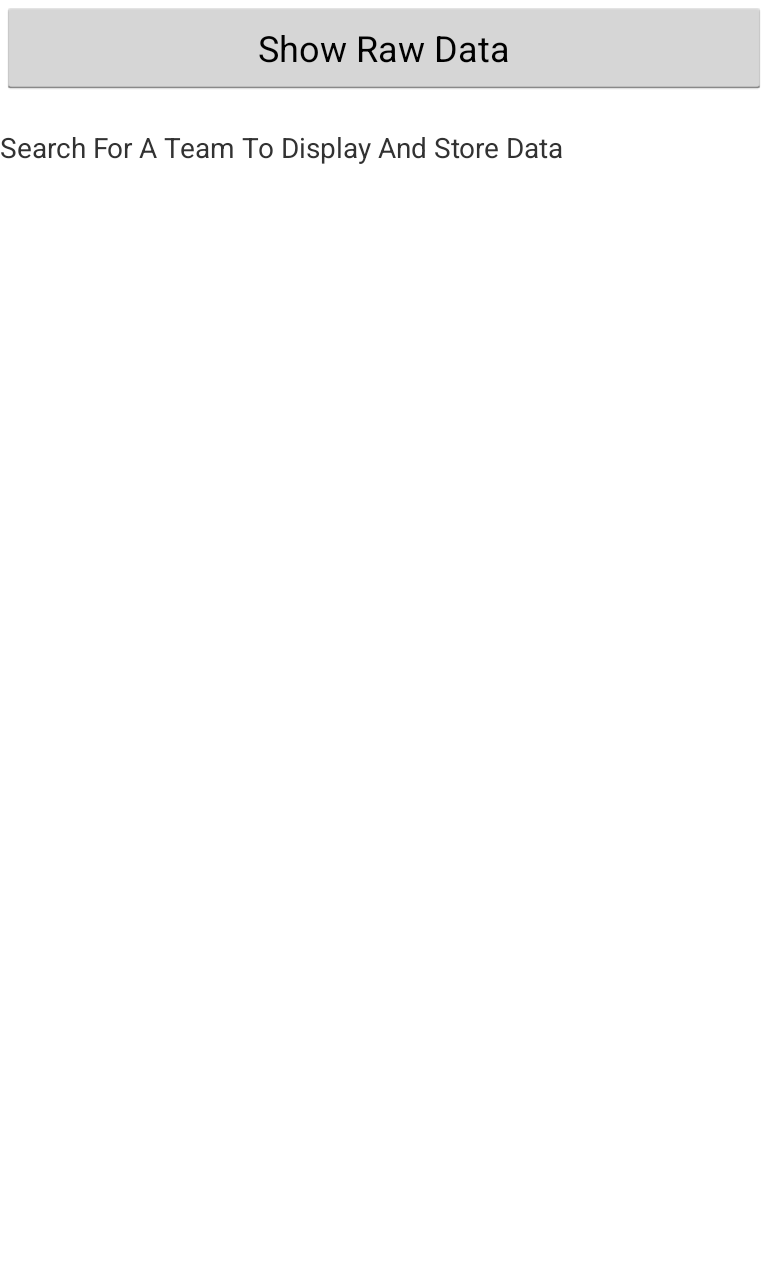
Repository: jemcphe/java1
Layout: teamG.M./TeamGM/res/layout/applayout.xml
The author's editor kept a copy of each file at every save. The layout is drawn from the files as they stood at one save, then again after the next save.
It is drawn on a 768 x 1280 px phone screen (xhdpi) without system bars, with theme AppTheme; the app's code is not run.

Above is the layout before, as saved 2013-05-26 23:35:10.

### teamG.M./TeamGM/res/layout/applayout.xml
<?xml version="1.0" encoding="utf-8"?>
<LinearLayout xmlns:android="http://schemas.android.com/apk/res/android"
    android:layout_width="match_parent"
    android:layout_height="match_parent"
    android:orientation="vertical" >

    <Button
        android:id="@+id/dataButton"
        android:layout_width="match_parent"
        android:layout_height="wrap_content"
        android:text="@string/show_raw_data" />

    <LinearLayout
        android:layout_width="match_parent"
        android:layout_height="wrap_content"
        android:orientation="horizontal" >

        <TextView
            android:id="@+id/searchLabel"
            android:layout_width="match_parent"
            android:layout_height="wrap_content"
            android:text="@string/search_for_a_team_to_display_and_store_data" />

        <EditText
            android:id="@+id/searchField"
            android:layout_width="0dp"
            android:layout_height="0dp"
            android:layout_weight="1"
            android:hint="@string/search_hint" />

        <Button
            android:id="@+id/searchButton"
            android:layout_width="wrap_content"
            android:layout_height="wrap_content"
            android:text="@string/go" />
    </LinearLayout>

</LinearLayout>

### teamG.M./TeamGM/res/values/strings.xml
<?xml version="1.0" encoding="utf-8"?>
<resources>

    <string name="app_name">Team GM</string>
    <string name="action_settings">Settings</string>
    <string name="hello_world">Hello world!</string>
    <string name="show_raw_data">Show Raw Data</string>
    <string name="search_for_a_team_to_display_and_store_data">Search For A Team To Display And Store Data</string>
    <string name="search_hint">ex. orioles, redsox, etc...</string>
    <string name="go">GO</string>

</resources>

Loaded but not shown: teamG.M./TeamGM/res/values/styles.xml (common file); teamG.M./TeamGM/res/values-v11/styles.xml (common file); teamG.M./TeamGM/res/values-v14/styles.xml (common file)

After the next save:
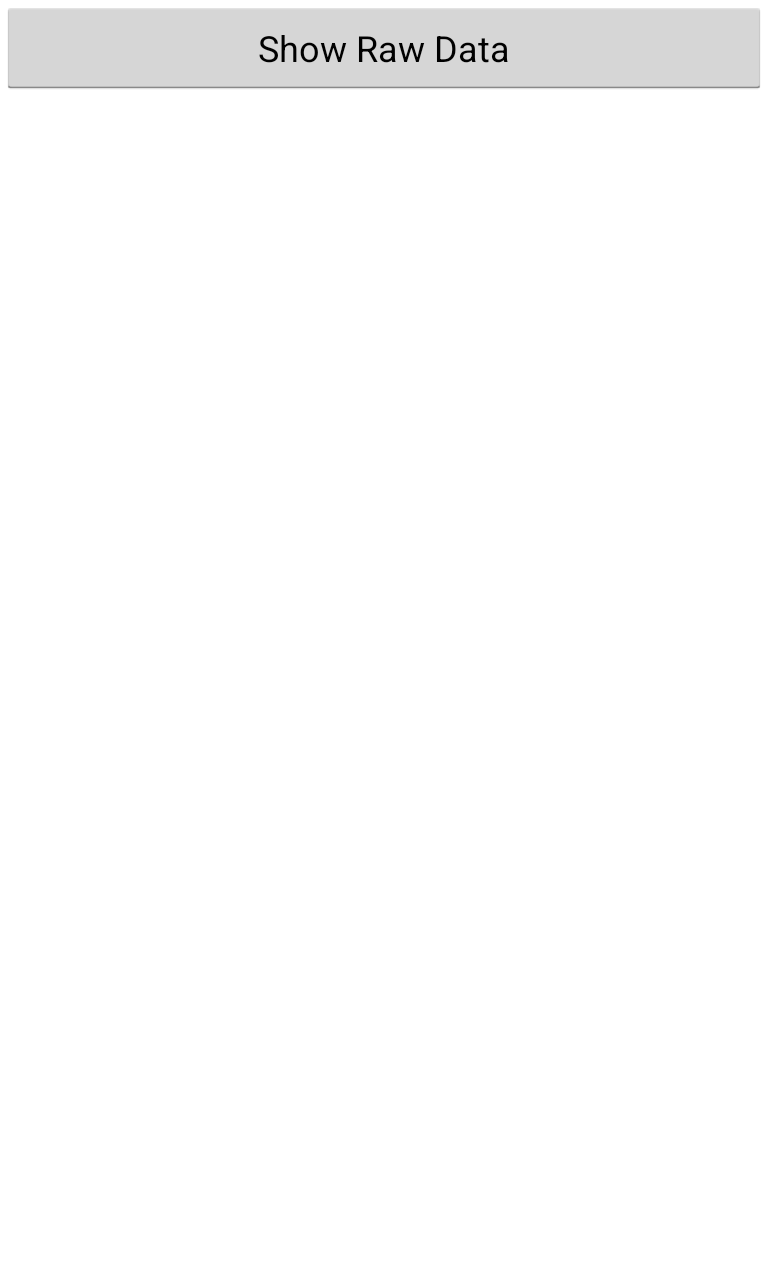
Saved 17 min 54 s later.
--- a/teamG.M./TeamGM/res/layout/applayout.xml
+++ b/teamG.M./TeamGM/res/layout/applayout.xml
@@ -1,7 +1,7 @@
 <?xml version="1.0" encoding="utf-8"?>
 <LinearLayout xmlns:android="http://schemas.android.com/apk/res/android"
-    android:layout_width="match_parent"
-    android:layout_height="match_parent"
+    android:layout_width="fill_parent"
+    android:layout_height="fill_parent"
     android:orientation="vertical" >
 
     <Button
@@ -10,29 +10,4 @@
         android:layout_height="wrap_content"
         android:text="@string/show_raw_data" />
 
-    <LinearLayout
-        android:layout_width="match_parent"
-        android:layout_height="wrap_content"
-        android:orientation="horizontal" >
-
-        <TextView
-            android:id="@+id/searchLabel"
-            android:layout_width="match_parent"
-            android:layout_height="wrap_content"
-            android:text="@string/search_for_a_team_to_display_and_store_data" />
-
-        <EditText
-            android:id="@+id/searchField"
-            android:layout_width="0dp"
-            android:layout_height="0dp"
-            android:layout_weight="1"
-            android:hint="@string/search_hint" />
-
-        <Button
-            android:id="@+id/searchButton"
-            android:layout_width="wrap_content"
-            android:layout_height="wrap_content"
-            android:text="@string/go" />
-    </LinearLayout>
-
 </LinearLayout>
